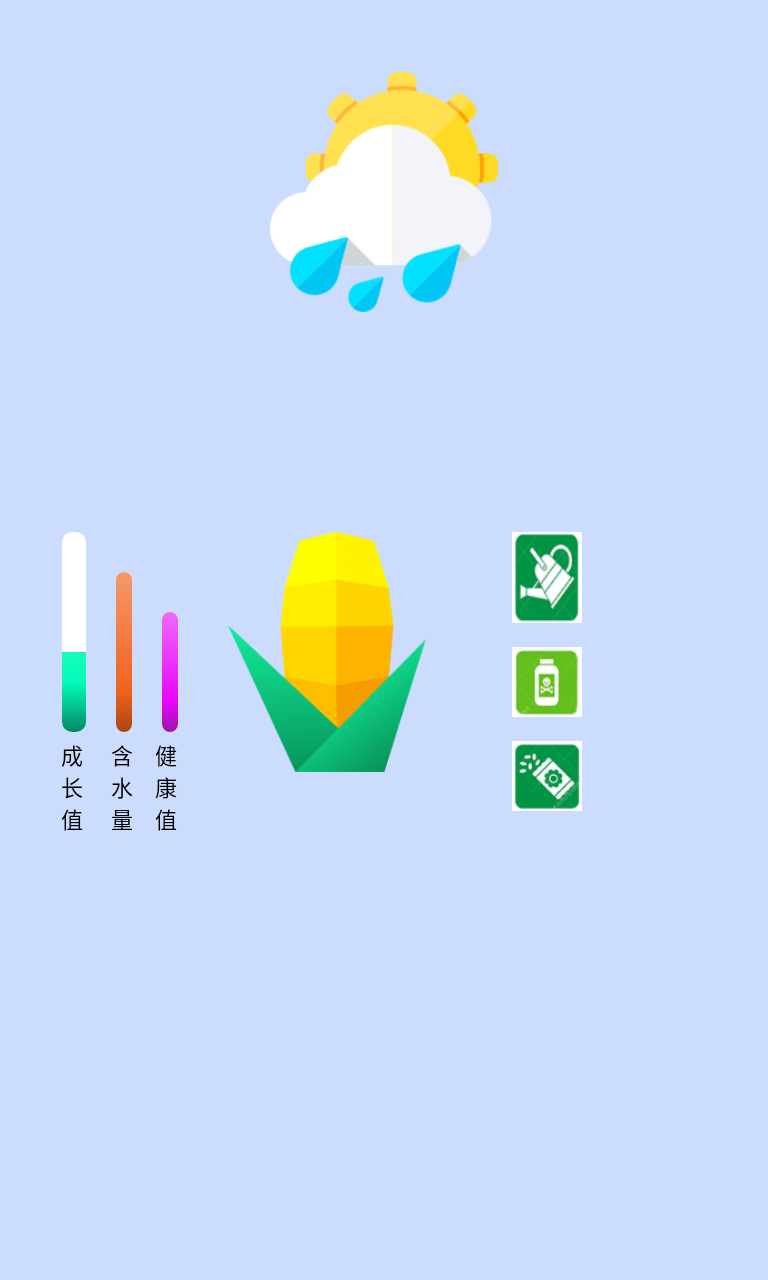
Repository: DraceWang/YumiTianqi
Layout: YumiTianqi/res/layout/fragment_main.xml
An editor plug-in stored every save of this project. The layout is shown before and after the next save, followed by the edit.
It is drawn on a 768 x 1280 px phone screen (xhdpi) without system bars, with theme AppTheme; the app's code is not run. Lists and similar views that code fills are empty.

Above is the layout before, as saved 2015-05-20 01:47:25.

### YumiTianqi/res/layout/fragment_main.xml
<RelativeLayout xmlns:android="http://schemas.android.com/apk/res/android"
    xmlns:tools="http://schemas.android.com/tools"
    android:layout_width="match_parent"
    android:layout_height="match_parent"
    android:background="#cbdcfd"
    android:paddingBottom="@dimen/activity_vertical_margin"
    android:paddingLeft="@dimen/activity_horizontal_margin"
    android:paddingRight="@dimen/activity_horizontal_margin"
    android:paddingTop="@dimen/activity_vertical_margin"
    tools:context="com.boyumi.yumitianqi.MainActivity$PlaceholderFragment" >

    <TextView
        android:id="@+id/CityName"
        android:layout_width="wrap_content"
        android:layout_height="wrap_content"
        android:layout_marginLeft="20dp"
        android:layout_marginTop="20dp"
        android:textColor="#000"
        android:textSize="10pt" />

    <TextView
        android:id="@+id/currentTemperature"
        android:layout_width="wrap_content"
        android:layout_height="wrap_content"
        android:layout_alignParentRight="true"
        android:layout_alignTop="@+id/CityName"
        android:layout_marginRight="20dp"
        android:textColor="#000"
        android:textSize="10pt" />

    <ImageView
        android:id="@+id/WeatherIcon"
        android:layout_width="120dp"
        android:layout_height="120dp"
        android:layout_alignTop="@+id/CityName"
        android:layout_centerHorizontal="true"
        android:src="@drawable/sunnyrain" />

    <TextView
        android:layout_width="wrap_content"
        android:layout_height="wrap_content"
        android:id="@+id/WeatherCondition"
        android:layout_below="@+id/WeatherIcon"
        android:layout_centerHorizontal="true"
        android:layout_marginTop="5dp"
        android:textSize="10pt"
        android:textColor="#000"
        />

    <TextView
        android:layout_width="wrap_content"
        android:layout_height="wrap_content"
        android:id="@+id/date"
        android:layout_alignParentBottom="true"
        android:layout_alignParentRight="true"
        android:layout_marginRight="5dp"
        android:layout_marginBottom="2dp"
        android:textSize="5pt"
        android:textColor="#666"
        />

    <TableLayout android:layout_width="60dp" android:layout_height="wrap_content" android:id="@+id/btn_AQ" android:layout_above="@+id/body" android:layout_marginLeft="10dp" android:layout_marginBottom="-100dp">

        <TableRow android:layout_width="wrap_content" android:layout_height="wrap_content">
            <TextView android:id="@+id/AQ_title" android:layout_width="60dp" android:layout_height="20dp" android:layout_alignParentLeft="true" android:gravity="center" android:textSize="6pt" />
        </TableRow>

        <TableRow android:layout_width="wrap_content" android:layout_height="wrap_content">
            <TextView android:id="@+id/AQ_content" android:layout_width="60dp" android:layout_height="20dp" android:gravity="center" android:layout_below="@+id/AQ_title" />
        </TableRow>


    </TableLayout>
    <HorizontalScrollView
        android:id="@+id/body"
        android:layout_width="wrap_content"
        android:layout_height="match_parent"
        android:layout_below="@+id/WeatherIcon"
        android:layout_centerHorizontal="true"
        android:layout_marginTop="70dp"
        android:scrollbars="none" >

        <LinearLayout
            android:layout_width="wrap_content"
            android:layout_height="wrap_content"
            android:orientation="vertical" >

            <RelativeLayout
                android:layout_width="295dp"
                android:layout_height="wrap_content" >

                <ImageView
                    android:id="@+id/cron"
                    android:layout_width="120dp"
                    android:layout_height="120dp"
                    android:layout_centerHorizontal="true"
                    android:layout_marginTop="40dp"
                    android:src="@drawable/cron" />

                <ProgressBar
                    android:id="@+id/progressBar_gv"
                    style="?android:attr/progressBarStyleHorizontal"
                    android:layout_width="12dp"
                    android:layout_height="100dp"
                    android:layout_alignTop="@+id/cron"
                    android:layout_marginLeft="15dp"
                    android:max="200"
                    android:progress="80"
                    android:progressDrawable="@drawable/mybar_gv" />

                <ProgressBar
                    android:id="@+id/progressBar_wv"
                    style="?android:attr/progressBarStyleHorizontal"
                    android:layout_width="8dp"
                    android:layout_height="80dp"
                    android:layout_above="@+id/Date"
                    android:layout_alignBottom="@+id/progressBar_gv"
                    android:layout_marginLeft="15dp"
                    android:layout_toRightOf="@+id/progressBar_gv"
                    android:max="50"
                    android:progress="80"
                    android:progressDrawable="@drawable/mybar_wv" />

                <ProgressBar
                    android:id="@+id/progressBar_hv"
                    style="?android:attr/progressBarStyleHorizontal"
                    android:layout_width="8dp"
                    android:layout_height="60dp"
                    android:layout_above="@+id/Date"
                    android:layout_alignBottom="@+id/progressBar_gv"
                    android:layout_marginLeft="15dp"
                    android:layout_toRightOf="@+id/progressBar_wv"
                    android:max="10"
                    android:progress="80"
                    android:progressDrawable="@drawable/mybar_hv" />

                <ImageButton
                    android:id="@+id/imageButton_water"
                    android:layout_width="35dp"
                    android:layout_height="35dp"
                    android:layout_above="@+id/imageButton_bug"
                    android:layout_alignParentRight="true"
                    android:layout_alignTop="@+id/cron"
                    android:layout_marginBottom="12dp"
                    android:layout_marginRight="20dp"
                    android:background="@drawable/water"
                    android:onClick="water"
                    android:scaleType="fitCenter" />

                <ImageButton
                    android:id="@+id/imageButton_bug"
                    android:layout_width="35dp"
                    android:layout_height="35dp"
                    android:layout_above="@+id/imageButton_feiliao"
                    android:layout_alignLeft="@+id/imageButton_water"
                    android:layout_alignParentRight="true"
                    android:layout_marginBottom="12dp"
                    android:layout_marginRight="20dp"
                    android:background="@drawable/bug"
                    android:scaleType="fitCenter" />

                <ImageButton
                    android:id="@+id/imageButton_feiliao"
                    android:layout_width="35dp"
                    android:layout_height="35dp"
                    android:layout_alignBottom="@+id/cron"
                    android:layout_alignLeft="@+id/imageButton_water"
                    android:layout_alignParentRight="true"
                    android:layout_marginRight="20dp"
                    android:layout_marginBottom="-20dp"
                    android:background="@drawable/feiliao"
                    android:scaleType="fitCenter" />

                <TextView
                    android:id="@+id/grown"
                    android:layout_width="12dp"
                    android:layout_height="wrap_content"
                    android:layout_alignLeft="@+id/progressBar_gv"
                    android:layout_below="@+id/progressBar_gv"
                    android:layout_marginTop="3dp"
                    android:layout_marginLeft="-1dp"
                    android:text="成长值"
                    android:textColor="#000"
                    android:textSize="5pt" />

                <TextView
                    android:id="@+id/water"
                    android:layout_width="12dp"
                    android:layout_height="wrap_content"
                    android:layout_alignLeft="@+id/progressBar_wv"
                    android:layout_below="@+id/progressBar_wv"
                    android:layout_marginTop="3dp"
                    android:layout_marginLeft="-3dp"
                    android:text="含水量"
                    android:textColor="#000"
                    android:textSize="5pt" />

                <TextView
                    android:id="@+id/healthy"
                    android:layout_width="12dp"
                    android:layout_height="wrap_content"
                    android:layout_alignLeft="@+id/progressBar_hv"
                    android:layout_below="@+id/progressBar_hv"
                    android:layout_marginTop="3dp"
                    android:layout_marginLeft="-4dp"
                    android:text="健康值"
                    android:textColor="#000"
                    android:textSize="5pt" />
            </RelativeLayout>

            <ListView
                android:id="@+id/forecast"
                android:layout_width="300dp"
                android:layout_height="wrap_content"
                android:layout_marginLeft="90dp" >
            </ListView>
        </LinearLayout>
    </HorizontalScrollView>




</RelativeLayout>

### YumiTianqi/res/drawable-mdpi/mybar_gv.xml
<?xml version="1.0" encoding="utf-8"?>
<layer-list xmlns:android="http://schemas.android.com/apk/res/android" >
    <item android:id="@android:id/background" >
        <shape>
            <corners android:radius="5dip" />
            <gradient
                	android:startColor="#ffffff"
                    android:centerColor="#ffffff"
                    android:endColor="#ffffff"
                    android:angle="270"
            />
        </shape>
    </item>

     <item android:id="@android:id/progress">
        <clip android:clipOrientation="vertical"
            android:gravity="bottom">
            <shape>
                <corners android:radius="5dip" />
                <gradient
                        android:startColor="#6cfcd5"
                        android:centerColor="#03fcb9"
                        android:centerX="0.75"
                        android:endColor="#038864"
                        android:angle="270"
                />
            </shape>
        </clip>
    </item>


</layer-list>

### YumiTianqi/res/drawable-mdpi/mybar_wv.xml
<?xml version="1.0" encoding="utf-8"?>
<layer-list xmlns:android="http://schemas.android.com/apk/res/android" >
    <item android:id="@android:id/background" >
        <shape>
            <corners android:radius="5dip" />
            <gradient
                	android:startColor="#ffffff"
                    android:centerColor="#ffffff"
                    android:endColor="#ffffff"
                    android:angle="270"
            />
        </shape>
    </item>

     <item android:id="@android:id/progress">
        <clip android:clipOrientation="vertical"
            android:gravity="bottom">
            <shape>
                <corners android:radius="5dip" />
                <gradient
                        android:startColor="#f5986b"
                        android:centerColor="#f1621b"
                        android:centerX="0.75"
                        android:endColor="#a84514"
                        android:angle="270"
                />
            </shape>
        </clip>
    </item>


</layer-list>

### YumiTianqi/res/drawable-mdpi/mybar_hv.xml
<?xml version="1.0" encoding="utf-8"?>
<layer-list xmlns:android="http://schemas.android.com/apk/res/android" >
    <item android:id="@android:id/background" >
        <shape>
            <corners android:radius="5dip" />
            <gradient
                	android:startColor="#ffffff"
                    android:centerColor="#ffffff"
                    android:endColor="#ffffff"
                    android:angle="270"
            />
        </shape>
    </item>

     <item android:id="@android:id/progress">
        <clip android:clipOrientation="vertical"
            android:gravity="bottom">
            <shape>
                <corners android:radius="5dip" />
                <gradient
                        android:startColor="#ed6af9"
                        android:centerColor="#e805fc"
                        android:centerX="0.75"
                        android:endColor="#9818a4"
                        android:angle="270"
                />
            </shape>
        </clip>
    </item>


</layer-list>

Loaded but not shown: YumiTianqi/res/values/styles.xml (common file); YumiTianqi/res/values-v11/styles.xml (common file); YumiTianqi/res/values-v14/styles.xml (common file); YumiTianqi/res/values/dimens.xml (common file); YumiTianqi/res/values-w820dp/dimens.xml (common file)

After the next save:
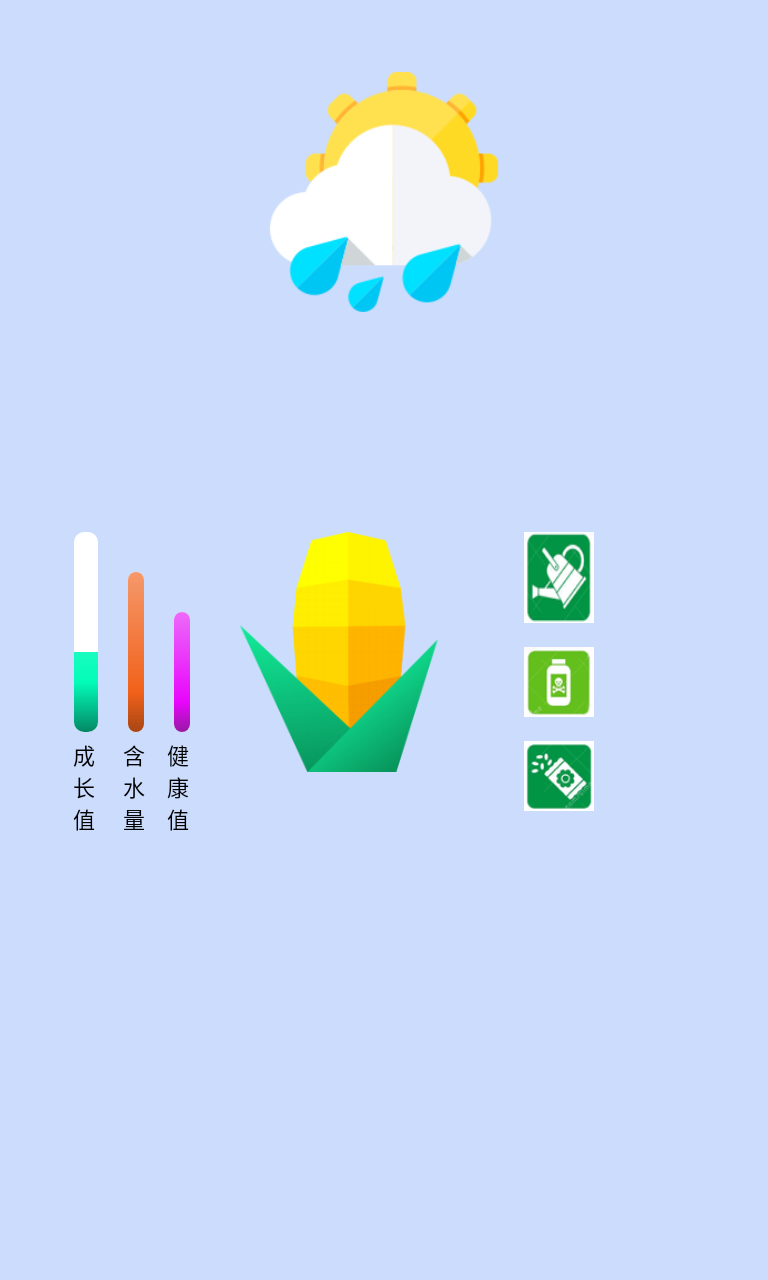
Saved 6 s later.
--- a/YumiTianqi/res/layout/fragment_main.xml
+++ b/YumiTianqi/res/layout/fragment_main.xml
@@ -212,7 +212,7 @@
                 android:id="@+id/forecast"
                 android:layout_width="300dp"
                 android:layout_height="wrap_content"
-                android:layout_marginLeft="90dp" >
+                android:layout_marginLeft="40dp" >
             </ListView>
         </LinearLayout>
     </HorizontalScrollView>

After the save that followed:
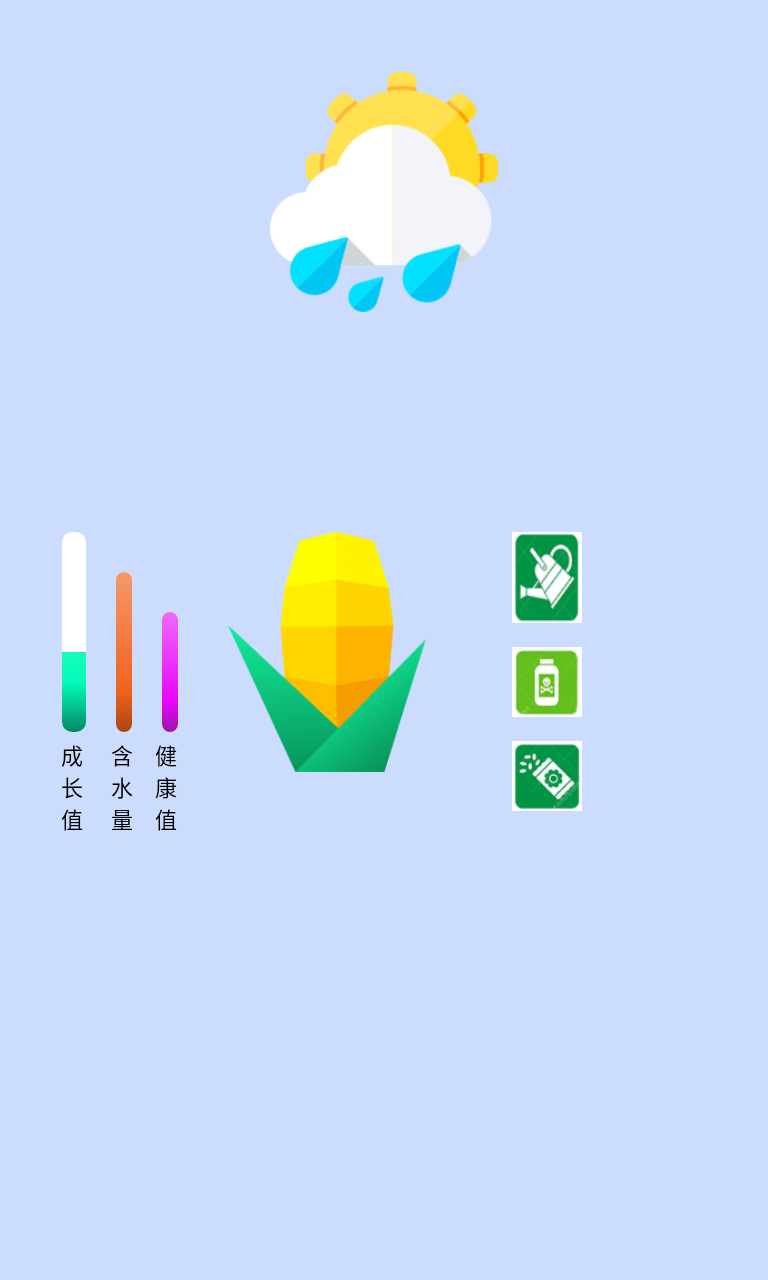
Saved 53 s later.
--- a/YumiTianqi/res/layout/fragment_main.xml
+++ b/YumiTianqi/res/layout/fragment_main.xml
@@ -83,7 +83,7 @@
         <LinearLayout
             android:layout_width="wrap_content"
             android:layout_height="wrap_content"
-            android:orientation="vertical" >
+            android:orientation="horizontal" >
 
             <RelativeLayout
                 android:layout_width="295dp"
